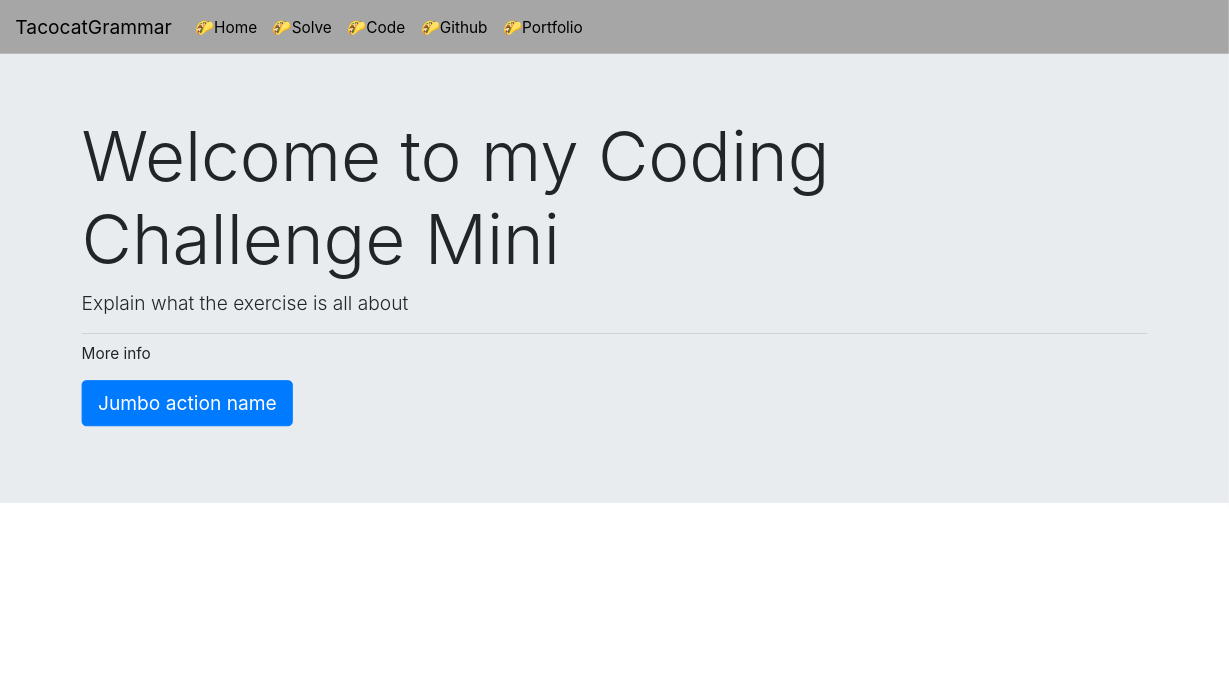
Repository: zhadjah9559/TacocatGrammar
Page: code.html
The author's editor kept a copy of each file at every save. The page is drawn from the files as they stood at one save, then again after a run of saves.
The browser window is 1280 px wide. The pictures show the whole page, at 96% of full size.

Above is the page before, as saved 2021-01-14 19:56:04.

### code.html
<!doctype html>
<html lang="en">
  <head>
    <title>Code</title>
    <!-- Required meta tags -->
    <meta charset="utf-8">
    <meta name="viewport" content="width=device-width, initial-scale=1, shrink-to-fit=no">

    <!-- Bootstrap CSS -->
    <link rel="stylesheet" href="https://stackpath.bootstrapcdn.com/bootstrap/4.3.1/css/bootstrap.min.css" integrity="sha384-ggOyR0iXCbMQv3Xipma34MD+dH/1fQ784/j6cY/iJTQUOhcWr7x9JvoRxT2MZw1T" crossorigin="anonymous">
    <link rel="stylesheet" href="css/custom.css">
    <link rel="stylesheet" href="css/prism.css">
  </head>
  <body>

    <nav class="navbar navbar-expand-sm navbar-dark" style="background-color:  #A6A6A6">
        <a class="navbar-brand" href="#">TacocatGrammar</a>
        <button class="navbar-toggler d-lg-none" type="button" data-toggle="collapse" data-target="#collapsibleNavId" aria-controls="collapsibleNavId"
            aria-expanded="false" aria-label="Toggle navigation"></button>
        <div class="collapse navbar-collapse" id="collapsibleNavId">
            <ul class="navbar-nav mr-auto mt-2 mt-lg-0">
                <li class="nav-item">
                    <a class="nav-link" href="index.html">🌮Home </a>
                </li>
                <li class="nav-item">
                    <a class="nav-link" href="solve.html">🌮Solve </a>
                </li>
                <li class="nav-item active">
                    <a class="nav-link" href="code.html">🌮Code <span class="sr-only">(current)</span></a>
                </li>
                <li class="nav-item">
                    <a class="nav-link" target="_blank" href="https://github.com/zhadjah9559/SunsetHills">🌮Github</a>
                </li>
                <li class="nav-item">
                    <a class="nav-link" target="_blank" href="https://www.zacharyhadjah.netlify.app">🌮Portfolio</a>
                </li>
            </ul>
        </div>
    </nav>


    <div class="jumbotron jumbotron-fluid">
        <div class="container">
            <h1 class="display-3">Welcome to my Coding Challenge Mini </h1>
            <p class="lead">Explain what the exercise is all about</p>
            <hr class="my-2">
            <p>More info</p>
            <p class="lead">
                <a class="btn btn-primary btn-lg" href="Jumbo action link" role="button">Jumbo action name</a>
            </p>
        </div>
    </div>

    <!-- Optional JavaScript -->
    <!-- jQuery first, then Popper.js, then Bootstrap JS -->
    <script src="https://code.jquery.com/jquery-3.3.1.slim.min.js" integrity="sha384-q8i/X+965DzO0rT7abK41JStQIAqVgRVzpbzo5smXKp4YfRvH+8abtTE1Pi6jizo" crossorigin="anonymous"></script>
    <script src="https://cdnjs.cloudflare.com/ajax/libs/popper.js/1.14.7/umd/popper.min.js" integrity="sha384-UO2eT0CpHqdSJQ6hJty5KVphtPhzWj9WO1clHTMGa3JDZwrnQq4sF86dIHNDz0W1" crossorigin="anonymous"></script>
    <script src="https://stackpath.bootstrapcdn.com/bootstrap/4.3.1/js/bootstrap.min.js" integrity="sha384-JjSmVgyd0p3pXB1rRibZUAYoIIy6OrQ6VrjIEaFf/nJGzIxFDsf4x0xIM+B07jRM" crossorigin="anonymous"></script>
    <script src="js/prism.js"></script>

  </body>
</html>

### css/custom.css
.navbar-dark .navbar-nav .active>.nav-link{
    color:black;
}
.navbar-dark .navbar-nav .nav-link{
    color:black;
}
.navbar .navbar-brand{
    color:black;
}

.navbar-dark .navbar-nav .nav-link{
    color:black;
}

### css/prism.css
/* PrismJS 1.23.0
https://prismjs.com/download.html#themes=prism-okaidia&languages=markup+css+clike+javascript&plugins=normalize-whitespace */
/**
 * okaidia theme for JavaScript, CSS and HTML
 * Loosely based on Monokai textmate theme by http://www.monokai.nl/
 * @author ocodia
 */

code[class*="language-"],
pre[class*="language-"] {
	color: #f8f8f2;
	background: none;
	text-shadow: 0 1px rgba(0, 0, 0, 0.3);
	font-family: Consolas, Monaco, 'Andale Mono', 'Ubuntu Mono', monospace;
	font-size: 1em;
	text-align: left;
	white-space: pre;
	word-spacing: normal;
	word-break: normal;
	word-wrap: normal;
	line-height: 1.5;

	-moz-tab-size: 4;
	-o-tab-size: 4;
	tab-size: 4;

	-webkit-hyphens: none;
	-moz-hyphens: none;
	-ms-hyphens: none;
	hyphens: none;
}

/* Code blocks */
pre[class*="language-"] {
	padding: 1em;
	margin: .5em 0;
	overflow: auto;
	border-radius: 0.3em;
}

:not(pre) > code[class*="language-"],
pre[class*="language-"] {
	background: #272822;
}

/* Inline code */
:not(pre) > code[class*="language-"] {
	padding: .1em;
	border-radius: .3em;
	white-space: normal;
}

.token.comment,
.token.prolog,
.token.doctype,
.token.cdata {
	color: #8292a2;
}

.token.punctuation {
	color: #f8f8f2;
}

.token.namespace {
	opacity: .7;
}

.token.property,
.token.tag,
.token.constant,
.token.symbol,
.token.deleted {
	color: #f92672;
}

.token.boolean,
.token.number {
	color: #ae81ff;
}

.token.selector,
.token.attr-name,
.token.string,
.token.char,
.token.builtin,
.token.inserted {
	color: #a6e22e;
}

.token.operator,
.token.entity,
.token.url,
.language-css .token.string,
.style .token.string,
.token.variable {
	color: #f8f8f2;
}

.token.atrule,
.token.attr-value,
.token.function,
.token.class-name {
	color: #e6db74;
}

.token.keyword {
	color: #66d9ef;
}

.token.regex,
.token.important {
	color: #fd971f;
}

.token.important,
.token.bold {
	font-weight: bold;
}
.token.italic {
	font-style: italic;
}

.token.entity {
	cursor: help;
}

Loaded but not shown: js/prism.js (library)

After the next 2 saves:
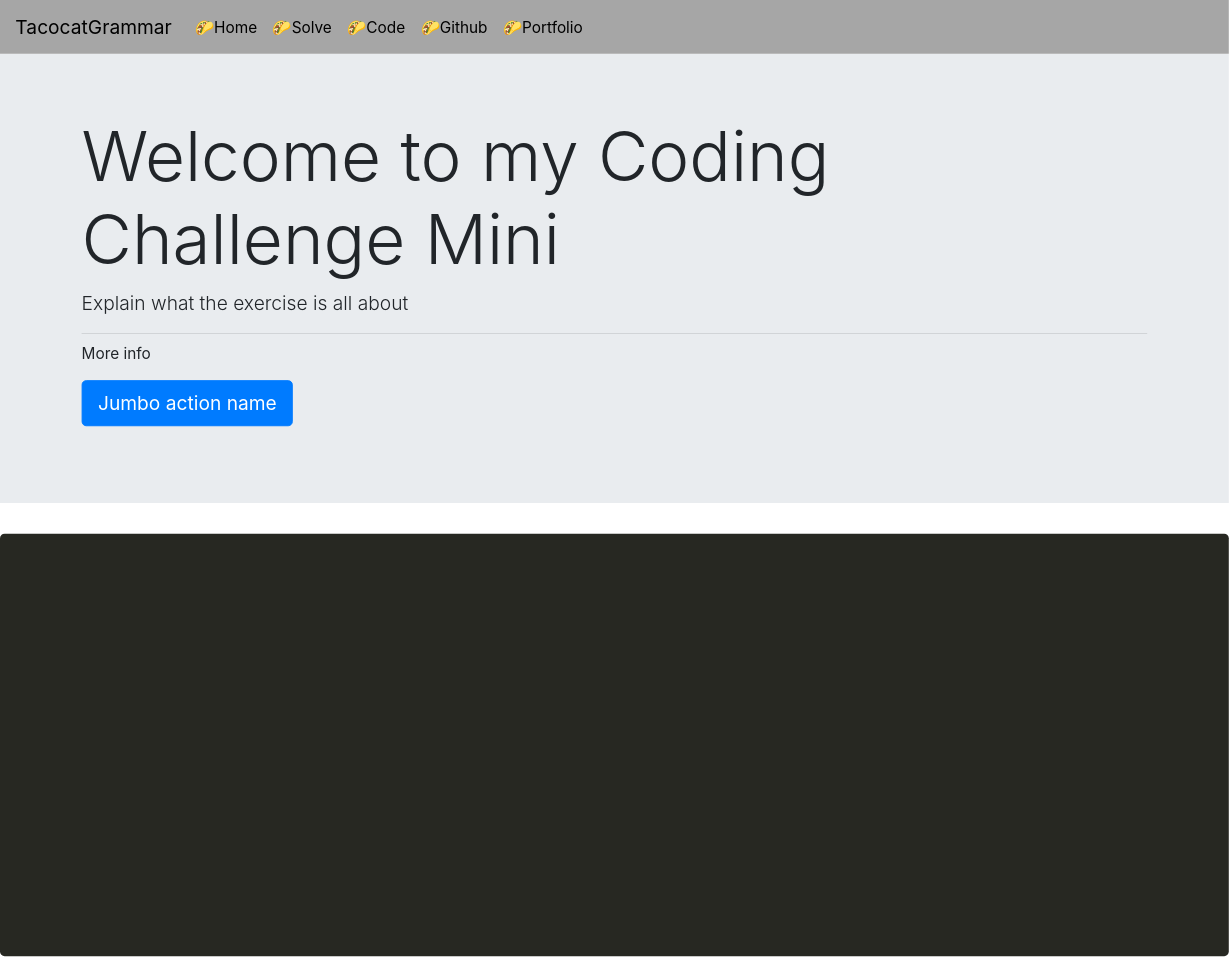
The 2 saves are shown as one change because they came seconds apart.
The last was saved 4 min 2 s later.
--- a/code.html
+++ b/code.html
@@ -51,6 +51,18 @@
         </div>
     </div>
 
+
+
+    <pre class="language-javascript">
+        <code class="line-numbers">
+
+
+
+
+
+
+
+
     <!-- Optional JavaScript -->
     <!-- jQuery first, then Popper.js, then Bootstrap JS -->
     <script src="https://code.jquery.com/jquery-3.3.1.slim.min.js" integrity="sha384-q8i/X+965DzO0rT7abK41JStQIAqVgRVzpbzo5smXKp4YfRvH+8abtTE1Pi6jizo" crossorigin="anonymous"></script>
